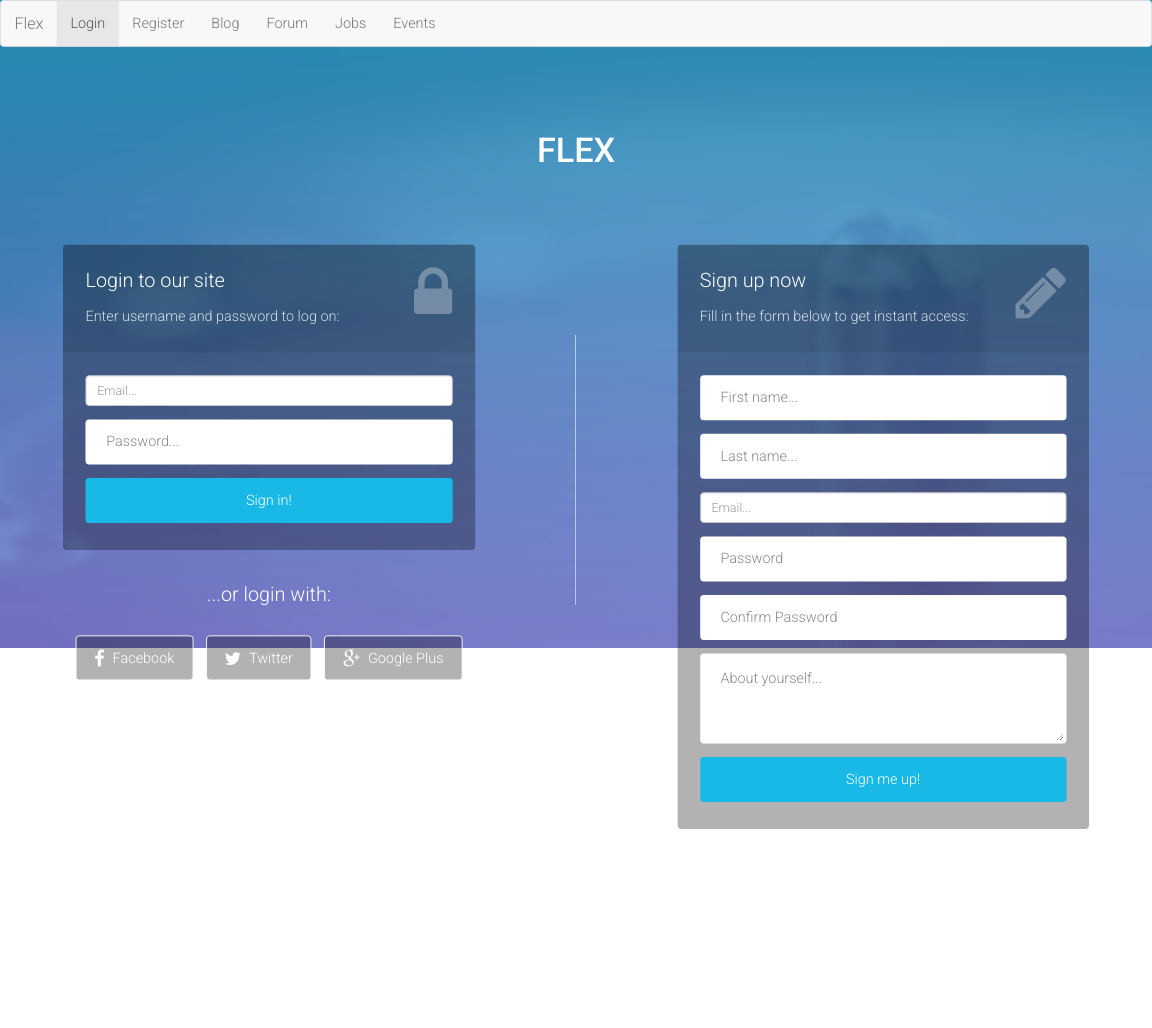
Repository: Angelamritha2012/Flex
Page: Collaboration/WebContent/index.html
The author's editor kept a copy of each file at every save. The page is drawn from the files as they stood at one save, then again after the next save.
The browser window is 1280 px wide. The pictures show the whole page, at 90% of full size.
Some web libraries are served in a nearby version.

Above is the page before, as saved 2017-11-30 10:01:37.

After the next save:
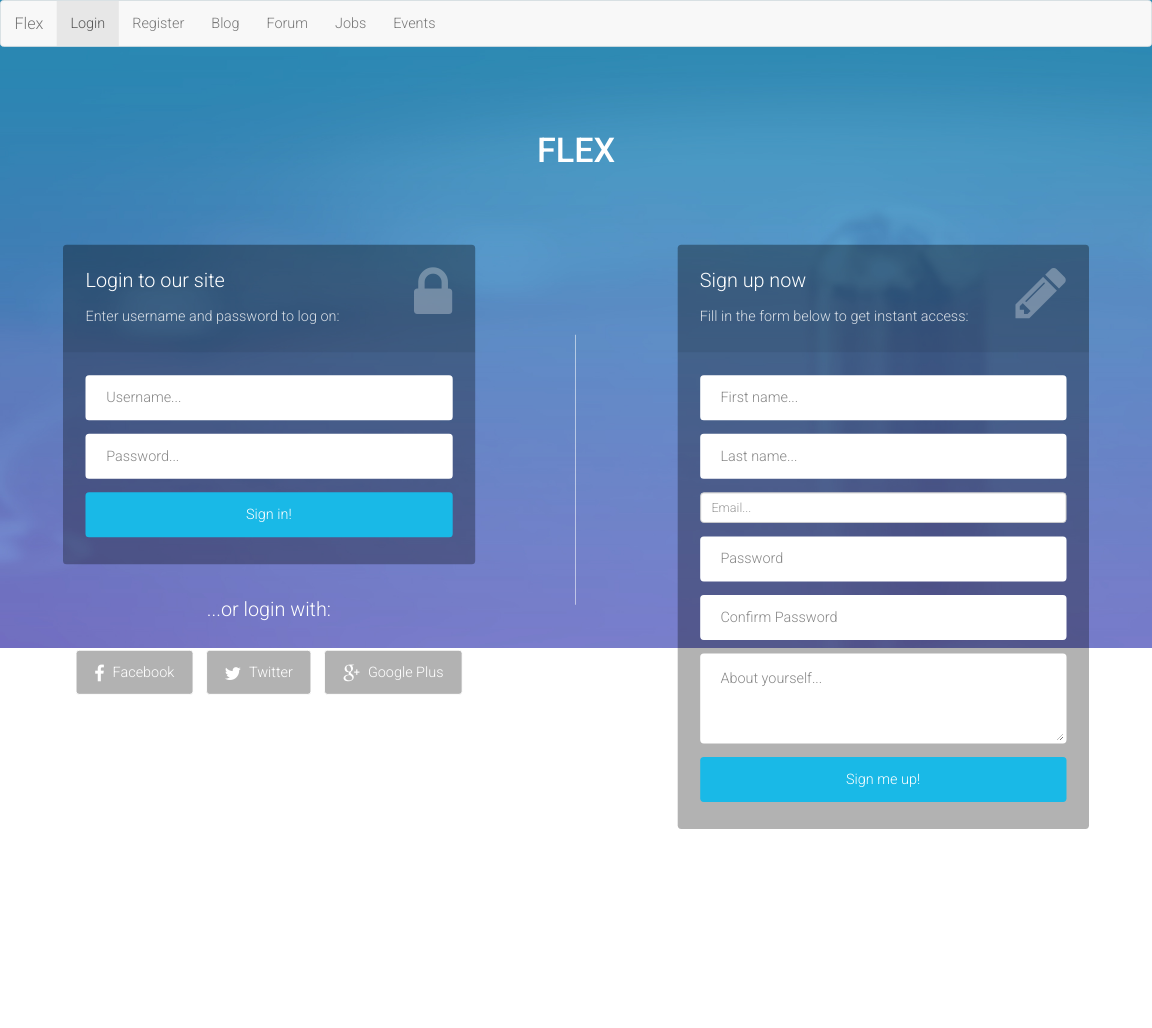
Saved 28 s later.
--- a/Collaboration/WebContent/index.html
+++ b/Collaboration/WebContent/index.html
@@ -86,20 +86,11 @@
 	                            <div class="form-bottom">
 	                            <form name="myForm" ng-submit="submitForm()" novalidate>
 
-				                   <!--  <div class="form-group">
+				                    <div class="form-group">
 				                    		<label class="sr-only" for="form-username">Username</label>
 				                        	<input type="text" name="form-username" placeholder="Username..." class="form-username form-control" id="form-username">
-				                        </div>	 -->
-				                        <div class="form-group" ng-class="{ 'has-error' : myForm.mail.$invalid && !myForm.mail.$pristine }">
-				                        	<label class="sr-only" for="form-mail">mail</label>
-
-            <input type="mail" name="mail" class="form-control" placeholder="Email..." ng-model="user.mail" required >
-              <span style="color:white" ng-show="myForm.mail.$dirty && myForm.email.$invalid">
-
-<span ng-show="myForm.mail.$error.required">Email is required.</span>
-  <span ng-show="myForm.email.$error.email">Invalid email address.</span>
-  </span>
-        </div>
+				                        </div>
+
 				                        <div class="form-group">
 				                        	<label class="sr-only" for="form-password">Password</label>
 				                        	<input type="password" name="form-password" placeholder="Password..." class="form-password form-control" id="form-password">
